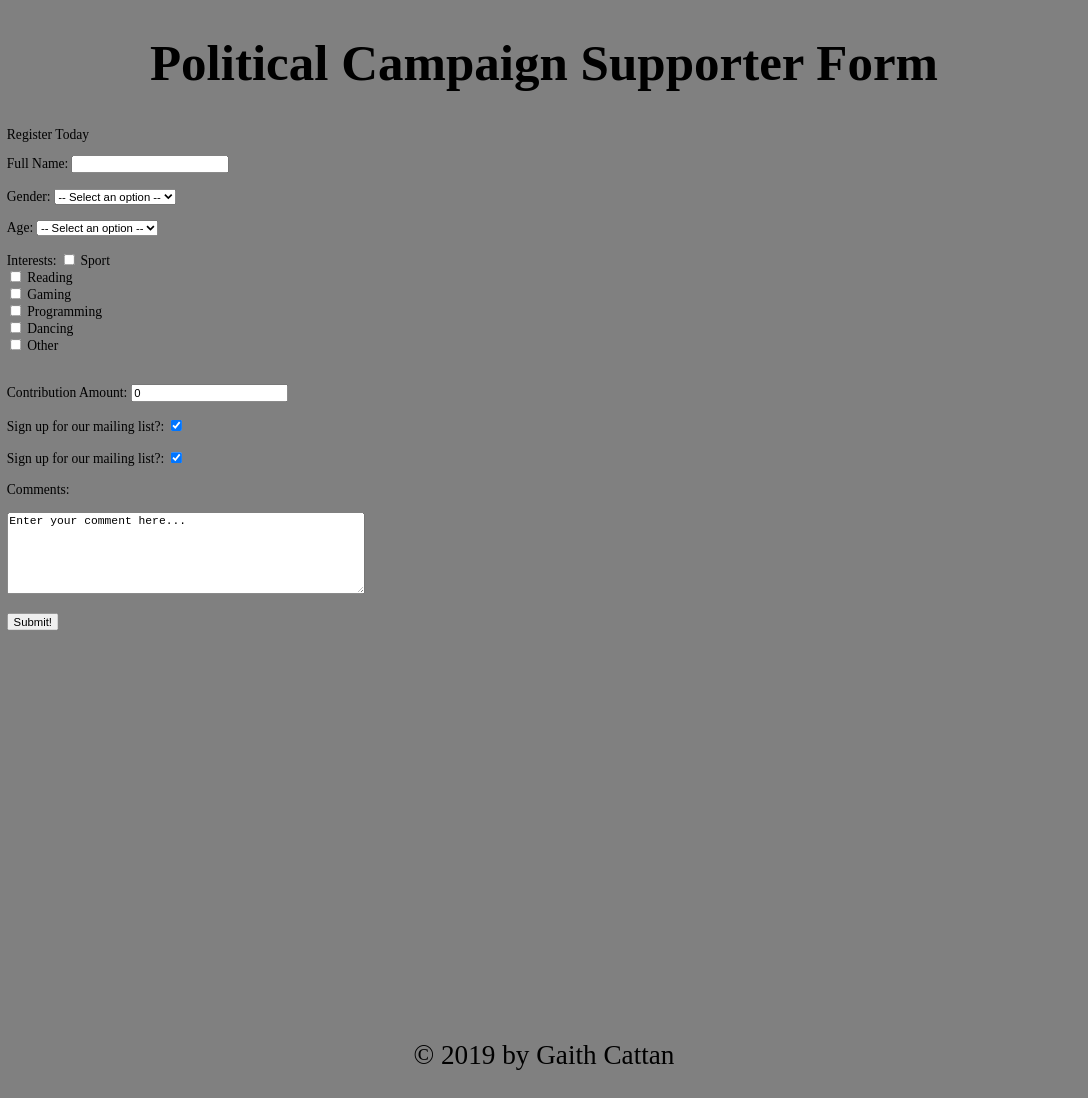
Repository: GaithCattan/COSW30
Page: labwork/lab2/contact.html
The author's editor kept a record of every edit. The page is drawn from the files as they stood at one moment, then again after the next edit.
The browser window is 1280 px wide. The pictures show the whole page, at 85% of full size.

Above is the page before.

### labwork/lab2/contact.html

<!doctype html>
<html>
    <head>
         <meta charset="utf-8">
         <title>Political Campaign Supporter Form</title>
        <style>
          body {background-color: grey;}
          h1 {text-align: center; font-size: 60px; margin-top: 40px;}
          footer {font-size: 2em; color: black; text-align: center; margin-top: 38%;}
        </style>

    </head>
    <body>

        <h1>Political Campaign Supporter Form</h1>
        <p>Register Today</p>

         <form action="process_Political Campaign.php" method="POST">

             <lable for="name">Full Name: </lable>
             <input type="text" id="name" name="name" required>
             <br><br>

             <lable for="gender">Gender:
                 <select name:"gender" value="" required>
                     <option disabled selected value> -- Select an option -- </option>
                     <option value="male">Male</option>
                     <option value="female">Female</option>
                     <option value="other">Other</option>
                     <option value="not_to_say">Prefer Not to Say</option>
                 </select>
             </lable>
             <br><br>

             <lable for="age_range">Age:
                 <select name:"age_range" required>
                     <option disabled selected value> -- Select an option -- </option>
                     <option value="21-29">Between 21-29</option>
                     <option value="30-49">Between 30-49</option>
                     <option value="50-69">Between 50-69</option>
                     <option value="70-200">Over 70</option>
                 </select>
             </lable>
             <br><br>

             <lable for="interests">Interests: </lable>
             <input type="checkbox" name="interests1" value="sport"> Sport<br>
             <input type="checkbox" name="interests2" value="reading"> Reading<br>
             <input type="checkbox" name="interests3" value="gaming"> Gaming<br>
             <input type="checkbox" name="interests4" value="programming"> Programming<br>
             <input type="checkbox" name="interests5" value="dancing"> Dancing<br>
             <input type="checkbox" name="interests6" value="other"> Other<br>
             <br><br>

             <lable for="contribution_amount">Contribution Amount: </lable>
             <input type="text" id="contribution_amount" name="contribution_amount" value="0">
             <br><br>

             <lable for="mailing_list">Sign up for our mailing list?: </lable>
             <input type="checkbox" name="mailing_list" value="mailing_list" checked>
             <br><br>

             <lable for="mailing_list">Sign up for our mailing list?: </lable>
             <input type="checkbox" name="mailing_list" value="mailing_list" checked>
             <br><br>

             <lable for="comments">Comments: </lable><br><br>
             <textarea rows="6" cols="50" name="comment">Enter your comment here...</textarea>
             <br><br>


             <button>Submit!</button>


         </form>

    </body>

    <footer>
        <p>&copy; 2019 by Gaith Cattan</p>
    </footer>

</html>

After the next edit:
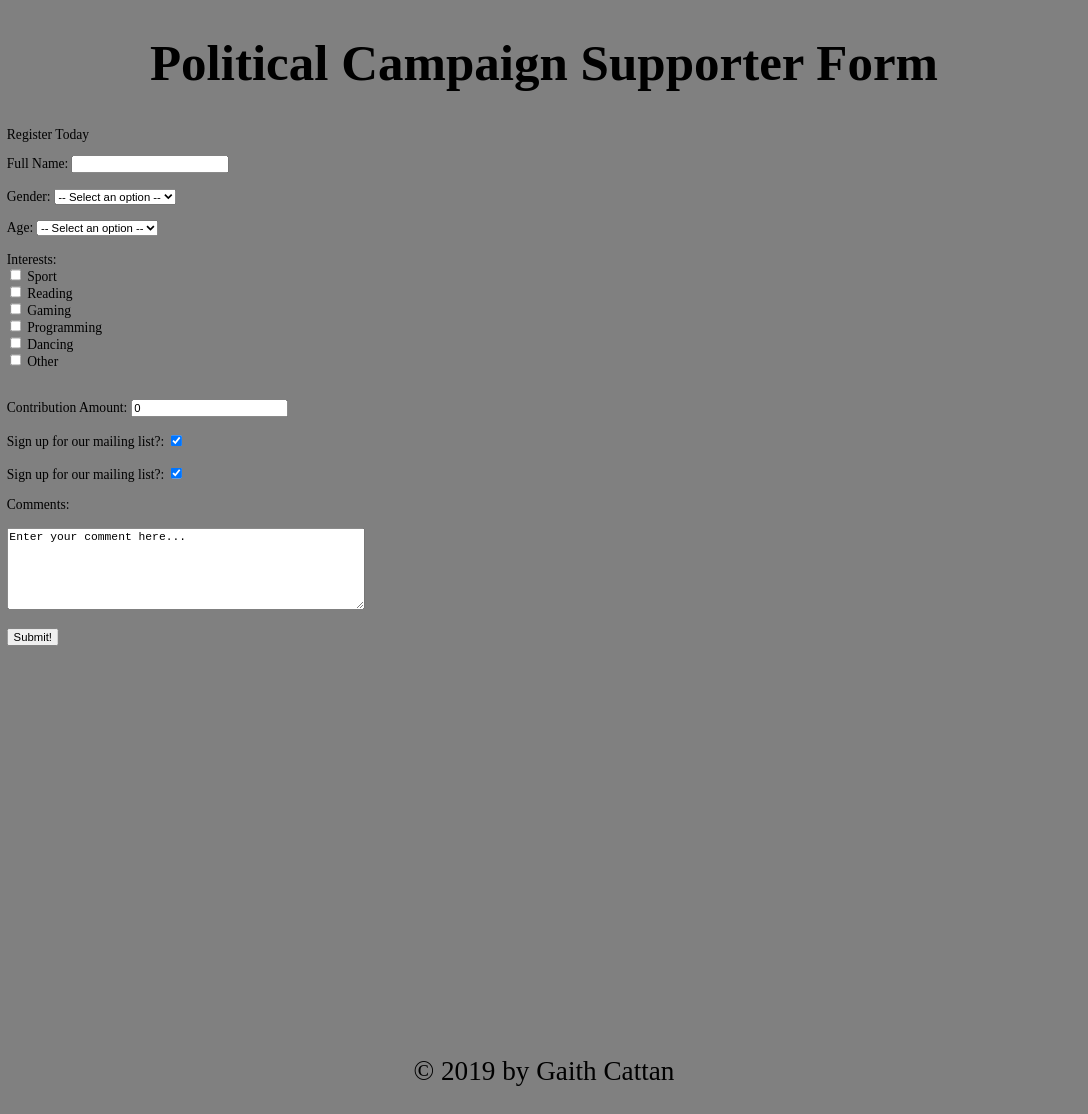
The edit:
--- a/labwork/lab2/contact.html
+++ b/labwork/lab2/contact.html
@@ -44,7 +44,7 @@
              </lable>
              <br><br>
 
-             <lable for="interests">Interests: </lable>
+             <lable for="interests">Interests: </lable><br>
              <input type="checkbox" name="interests1" value="sport"> Sport<br>
              <input type="checkbox" name="interests2" value="reading"> Reading<br>
              <input type="checkbox" name="interests3" value="gaming"> Gaming<br>
